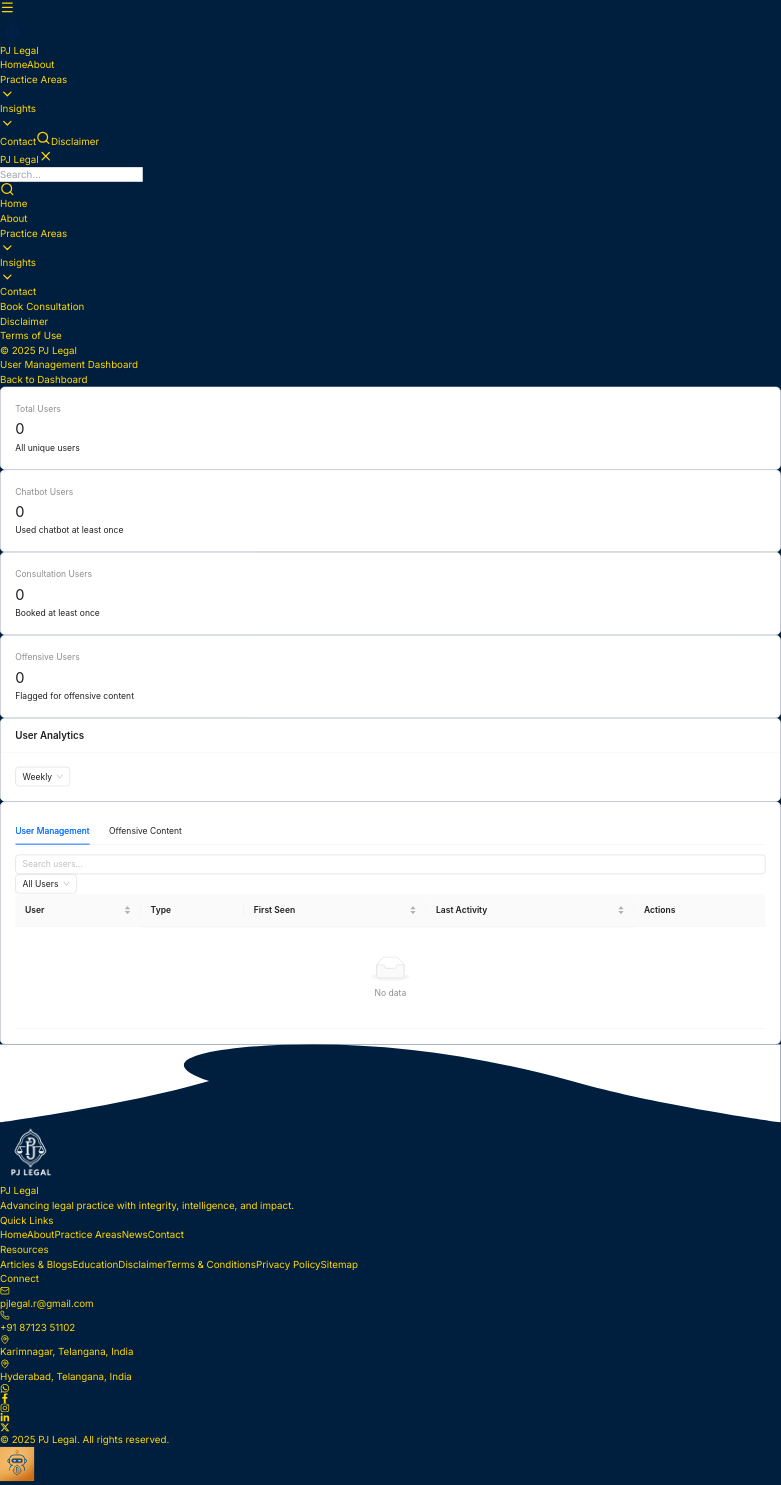
Repository: prajyoth8/pjlegal-web
Page: /admin/users
These files come from the project's save history. The page is drawn as it stood at one moment and after the next save; the edit follows.
The browser window is 1280 px wide. The pictures show the whole page, at 61% of full size.
The page's requests for data from a server got no answer. The project was rebuilt for these pictures with package versions that can differ from the ones it lists, and the page was loaded fresh each time. Some packages were replaced by stand-ins written for this rebuild. The framework's server and built-in components were replaced by stand-ins that run in the browser. No one was signed in, and anything a server would have sent is missing. Also part of the build but not shown: next.config.cjs, next.config.js, src/components/PhoneInputWithCountry.tsx, src/components/ChatAuthModal.tsx, src/components/RenderFormattedBlocks.tsx.

Above is the page before, as saved 2025-07-24 02:25:03.

After the next save:
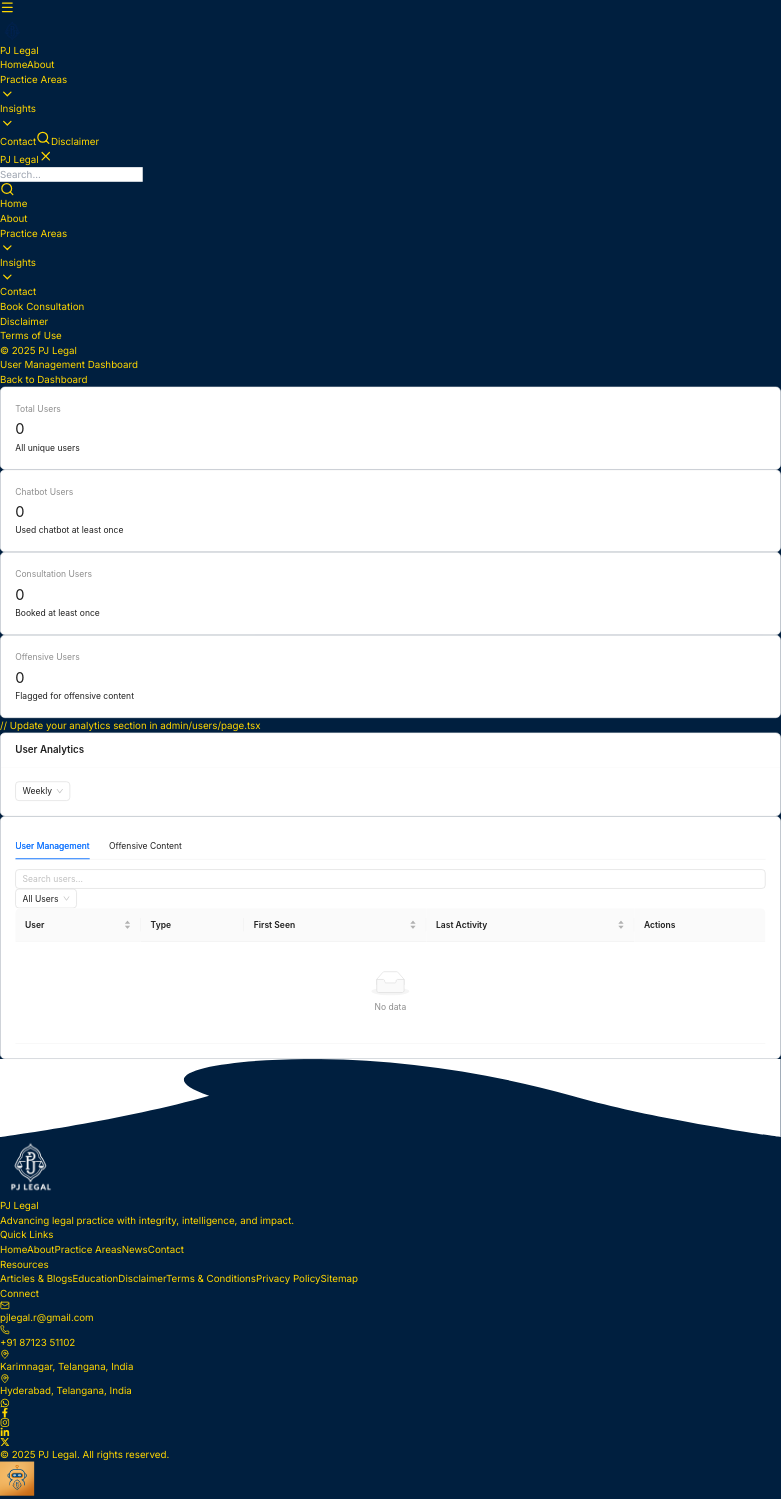
Saved 97 s later.
--- a/src/app/admin/users/page.tsx
+++ b/src/app/admin/users/page.tsx
@@ -325,44 +325,77 @@
       </div>
 
       {/* Analytics Section */}
-      <Card title="User Analytics" className="mb-8" loading={loading.analytics}>
-        <div className="flex justify-end mb-4">
-          <Select
-            value={timeRange}
-            onChange={setTimeRange}
-            options={[
-              { value: 'day', label: 'Daily' },
-              { value: 'week', label: 'Weekly' },
-              { value: 'month', label: 'Monthly' },
-              { value: 'year', label: 'Yearly' },
-            ]}
-            className="w-32"
-          />
-        </div>
-
-        <div className="h-80">
-          <ResponsiveContainer width="100%" height="100%">
-            <LineChart data={analyticsData}>
-              <CartesianGrid strokeDasharray="3 3" />
-              <XAxis
-                dataKey="date"
-                tickFormatter={(value) =>
-                  timeRange === 'day' ? dayjs(value).format('h A') :
-                  timeRange === 'week' ? dayjs(value).format('ddd') :
-                  timeRange === 'month' ? dayjs(value).format('MMM D') :
-                  dayjs(value).format('MMM YYYY')
-                }
-              />
-              <YAxis />
-              <Tooltip />
-              <Legend />
-              <Line type="monotone" dataKey="unique_users" stroke="#8884d8" name="Unique Users" />
-              <Line type="monotone" dataKey="total_sessions" stroke="#82ca9d" name="Total Sessions" />
-              <Line type="monotone" dataKey="bookings" stroke="#ffc658" name="Consultations" />
-            </LineChart>
-          </ResponsiveContainer>
-        </div>
-      </Card>
+      // Update your analytics section in admin/users/page.tsx
+<Card title="User Analytics" className="mb-8" loading={loading.analytics}>
+  <div className="flex justify-end mb-4">
+    <Select
+      value={timeRange}
+      onChange={setTimeRange}
+      options={[
+        { value: 'day', label: 'Daily' },
+        { value: 'week', label: 'Weekly' },
+        { value: 'month', label: 'Monthly' },
+        { value: 'year', label: 'Yearly' },
+      ]}
+      className="w-32"
+    />
+  </div>
+
+  <div className="h-80">
+    <ResponsiveContainer width="100%" height="100%">
+      <LineChart
+        data={Array.isArray(analyticsData) ? analyticsData : []}
+        margin={{ top: 5, right: 30, left: 20, bottom: 5 }}
+      >
+        <CartesianGrid strokeDasharray="3 3" />
+        <XAxis
+          dataKey="date"
+          tickFormatter={(value) =>
+            timeRange === 'day' ? dayjs(value).format('h A') :
+            timeRange === 'week' ? dayjs(value).format('ddd') :
+            timeRange === 'month' ? dayjs(value).format('MMM D') :
+            dayjs(value).format('MMM YYYY')
+          }
+        />
+        <YAxis />
+        <Tooltip
+          formatter={(value, name) => {
+            if (name === 'unique_users') return [value, 'Unique Users'];
+            if (name === 'total_sessions') return [value, 'Total Sessions'];
+            if (name === 'bookings') return [value, 'Consultations'];
+            return [value, name];
+          }}
+          labelFormatter={(label) => {
+            if (timeRange === 'day') return dayjs(label).format('MMM D, YYYY h A');
+            if (timeRange === 'week') return dayjs(label).format('MMM D, YYYY');
+            if (timeRange === 'month') return dayjs(label).format('MMMM YYYY');
+            return dayjs(label).format('YYYY');
+          }}
+        />
+        <Legend />
+        <Line
+          type="monotone"
+          dataKey="unique_users"
+          stroke="#8884d8"
+          name="Unique Users"
+          activeDot={{ r: 8 }}
+        />
+        <Line
+          type="monotone"
+          dataKey="total_sessions"
+          stroke="#82ca9d"
+          name="Total Sessions"
+        />
+        <Line
+          type="monotone"
+          dataKey="bookings"
+          stroke="#ffc658"
+          name="Consultations"
+        />
+      </LineChart>
+    </ResponsiveContainer>
+  </div>
+</Card>
 
       {/* Tabs for User Management and Offensive Content */}
       <Card>
